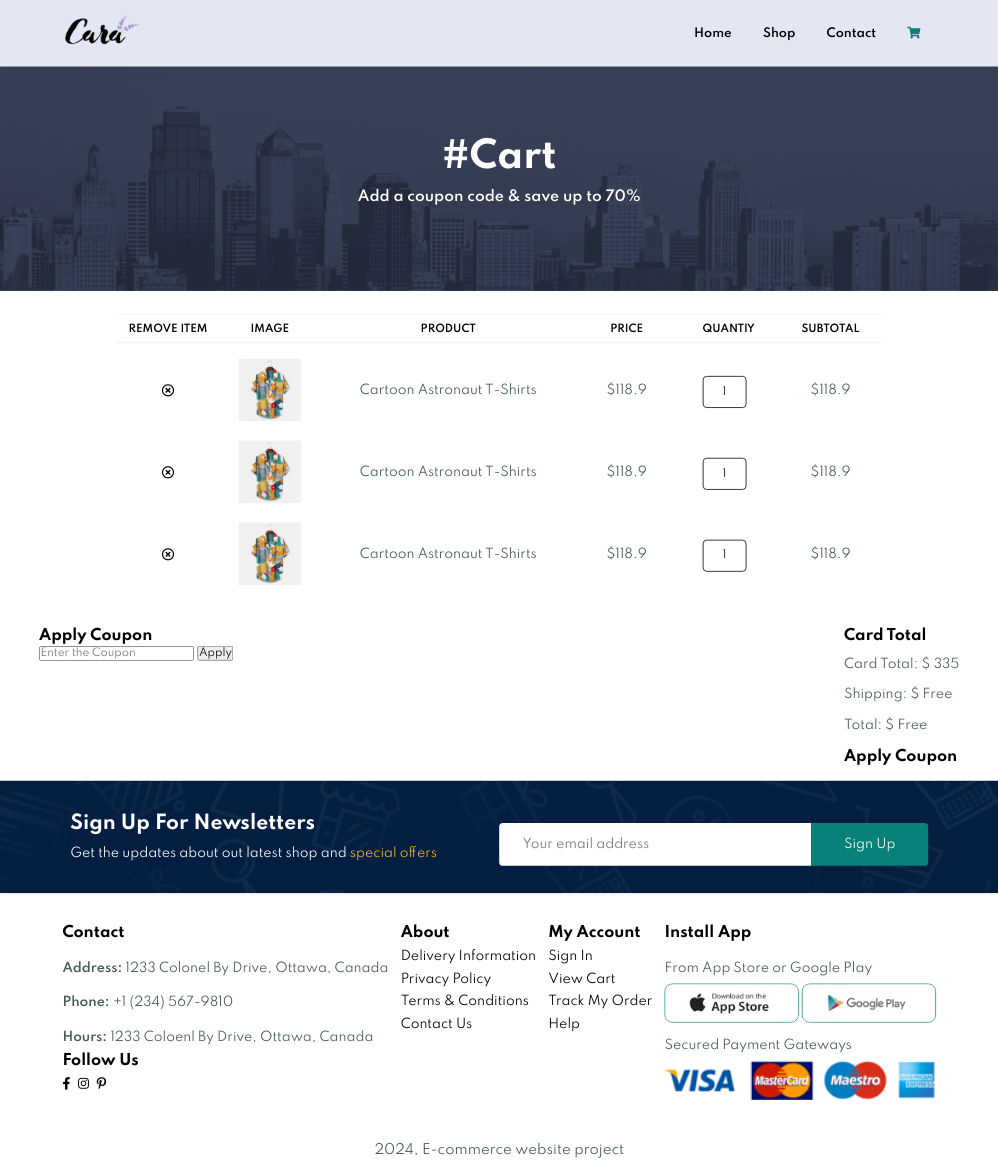
Repository: Daryllgio/E-Commerce-Website-UI
Page: cart.html
These files come from the project's save history. The page is drawn as it stood at one moment and after the next save; the edit follows.
The browser window is 1280 px wide. The pictures show the whole page, at 78% of full size.
Some web libraries are served in a nearby version.

Above is the page before, as saved 2025-01-02 03:30:07.

After the next save:
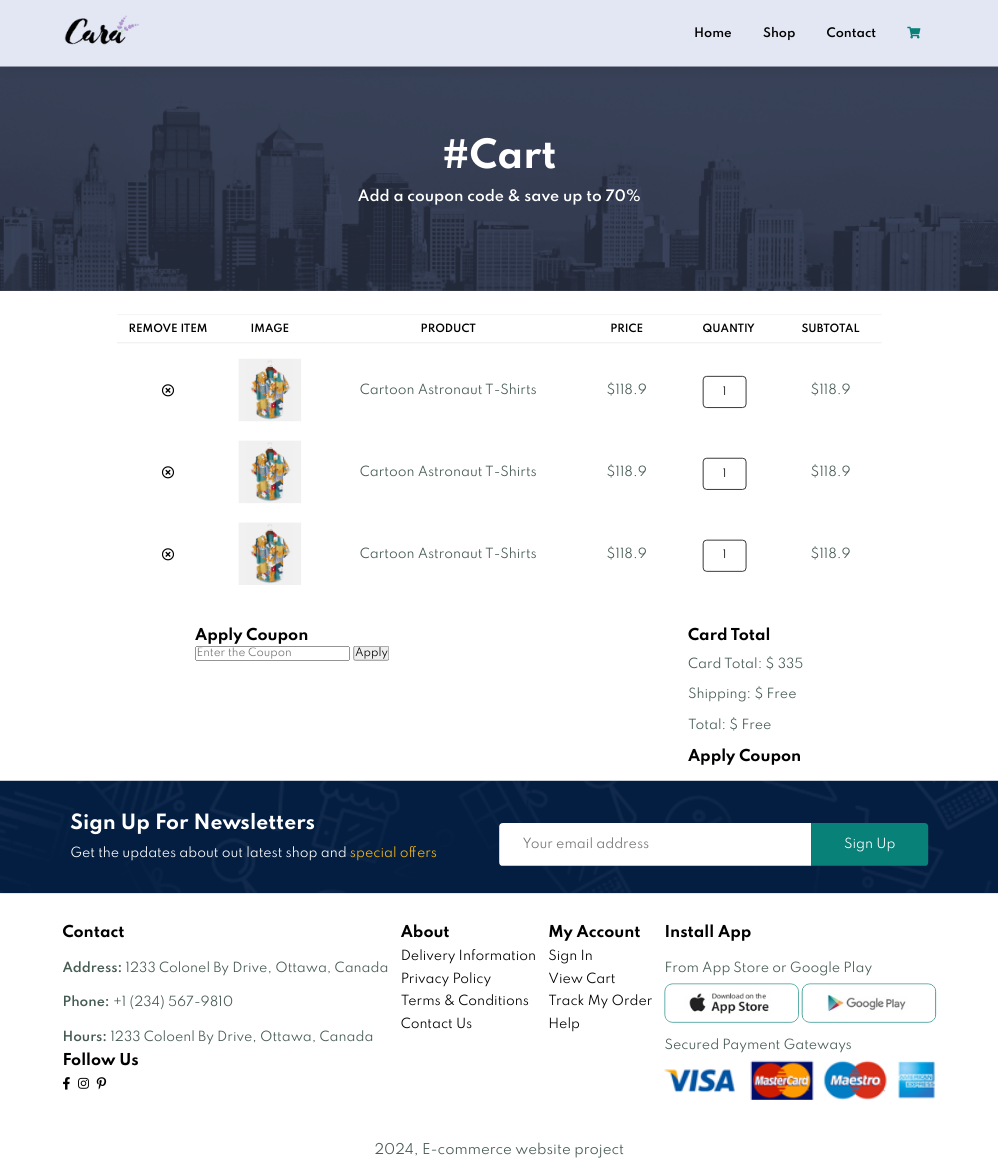
Saved 13 s later.
--- a/style.css
+++ b/style.css
@@ -889,6 +889,6 @@ body {
 
 #Coupon-Total-Container {
   display: flex;
-  padding: 20px 50px;
-  justify-content: space-between;
-}
+  padding: 20px 250px;
+  justify-content: space-between;
+}
